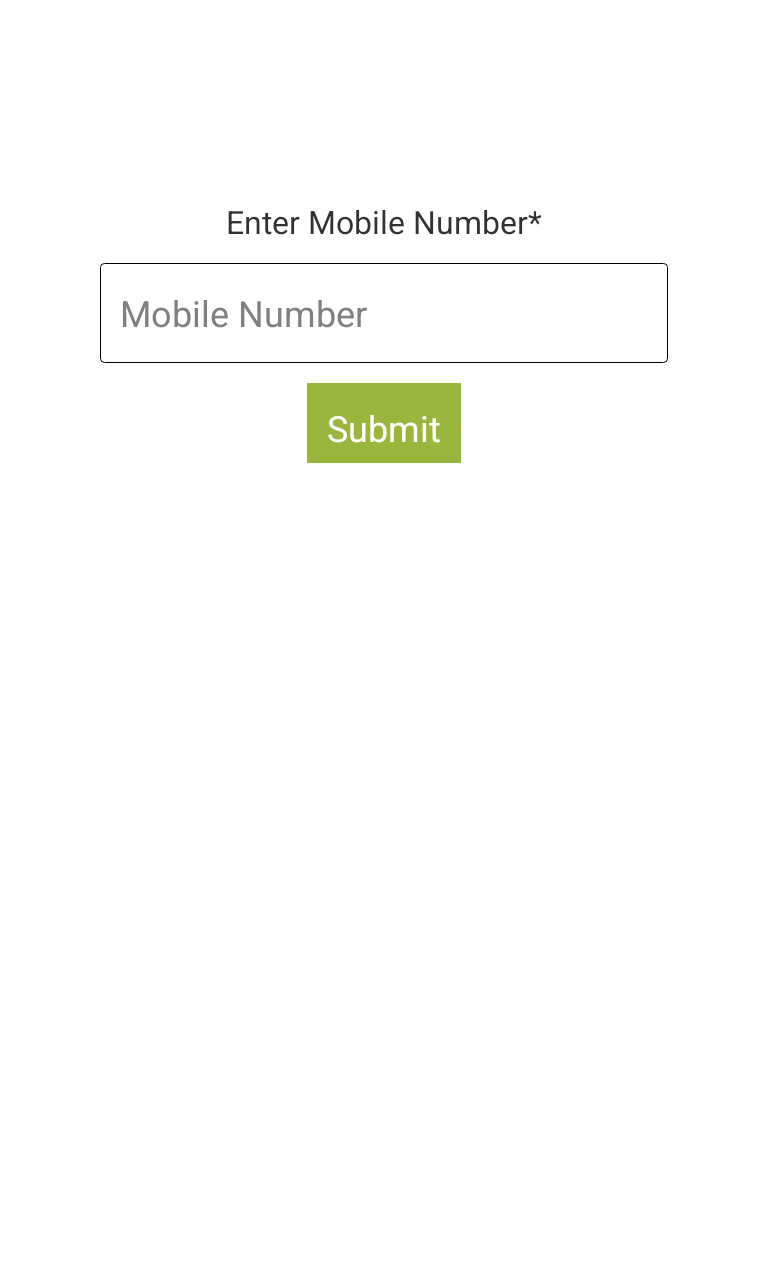
Repository: amitvikramjaiswal/amit-work
Layout: MandiTrades/MandiTradesAndroid/res/layout/first_screen.xml
The author's editor kept a copy of each file at every save. The layout is drawn from the files as they stood at one save, then again after the next save.
It is drawn on a 768 x 1280 px phone screen (xhdpi) without system bars, with theme AppTheme; the app's code is not run.

Above is the layout before, as saved 2014-11-14 14:06:53.

After the next save:
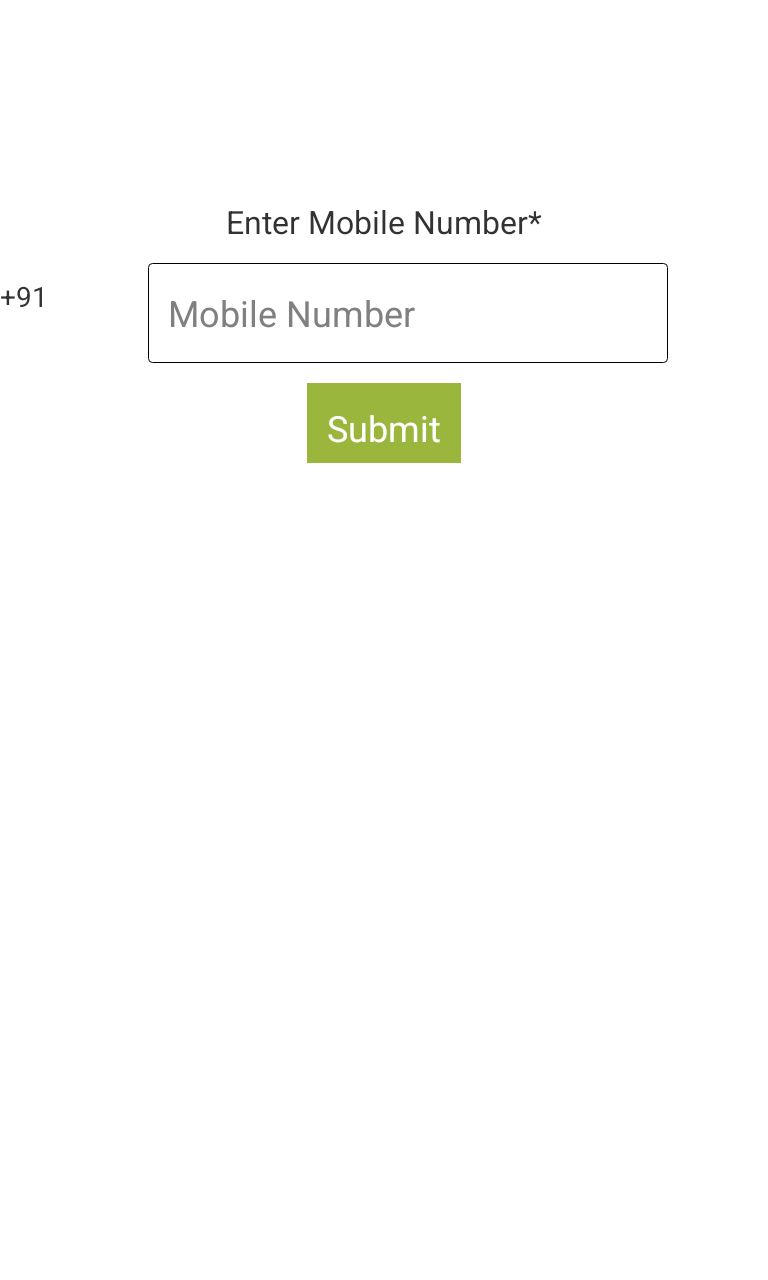
Saved 10 s later.
--- a/MandiTrades/MandiTradesAndroid/res/layout/first_screen.xml
+++ b/MandiTrades/MandiTradesAndroid/res/layout/first_screen.xml
@@ -29,7 +29,8 @@
 
             <TextView
                 android:layout_width="wrap_content"
-                android:layout_height="wrap_content" />
+                android:layout_height="wrap_content"
+                android:text="+91" />
 
             <EditText
                 android:id="@+id/mobile_et"
